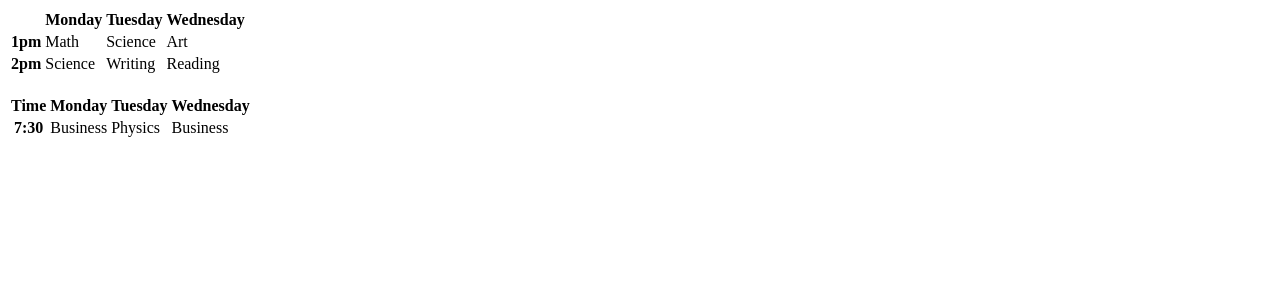
Repository: jefflai0412/website_design
Page: task1.html
The author's editor kept a copy of each file at every save. The page is drawn from the files as they stood at one save, then again after the next save.
The browser window is 1280 px wide. The pictures show the whole page.

Above is the page before, as saved 2024-10-18 13:38:00.

### task1.html
<!DOCTYPE html>
<html lang="en">
<head>
    <meta charset="UTF-8">
    <meta name="viewport" content="width=device-width, initial-scale=1.0">
    <title>Document</title>
</head>
<body>
    <table>
        <tr>
            <th></th>
            <th>Monday</th>
            <th>Tuesday</th>
            <th>Wednesday</th>
        </tr>

        <tr>
            <th scope="row">1pm</th>
            <td>Math</td>
            <td>Science</td>
            <td>Art</td>
        </tr>

        <tr>
            <th scope="row">2pm</th>
            <td>Science</td>
            <td>Writing</td>
            <td>Reading</td>
        </tr>
    </table>

    <br>

    <table>
        <tr>
            <th>Time</th>
            <th>Monday</th>
            <th>Tuesday</th>
            <th>Wednesday</th>
        </tr>
        <tr>
            <th scope="row">7:30</th>
            <td rowspan="2">Business</td>
            <td rowspan="">Physics</td>
            <td rowspan="2">Business</td>
        </tr>
    </table>
</body>
</html>

After the next save:
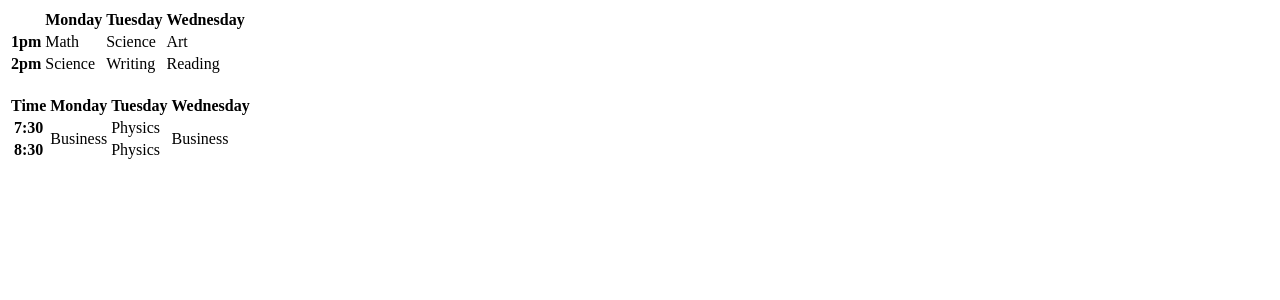
Saved 13 s later.
--- a/task1.html
+++ b/task1.html
@@ -44,6 +44,10 @@
             <td rowspan="">Physics</td>
             <td rowspan="2">Business</td>
         </tr>
+        <tr>
+            <th scope="row">8:30</th>
+            <td>Physics</td>
+        </tr>
     </table>
 </body>
 </html>
